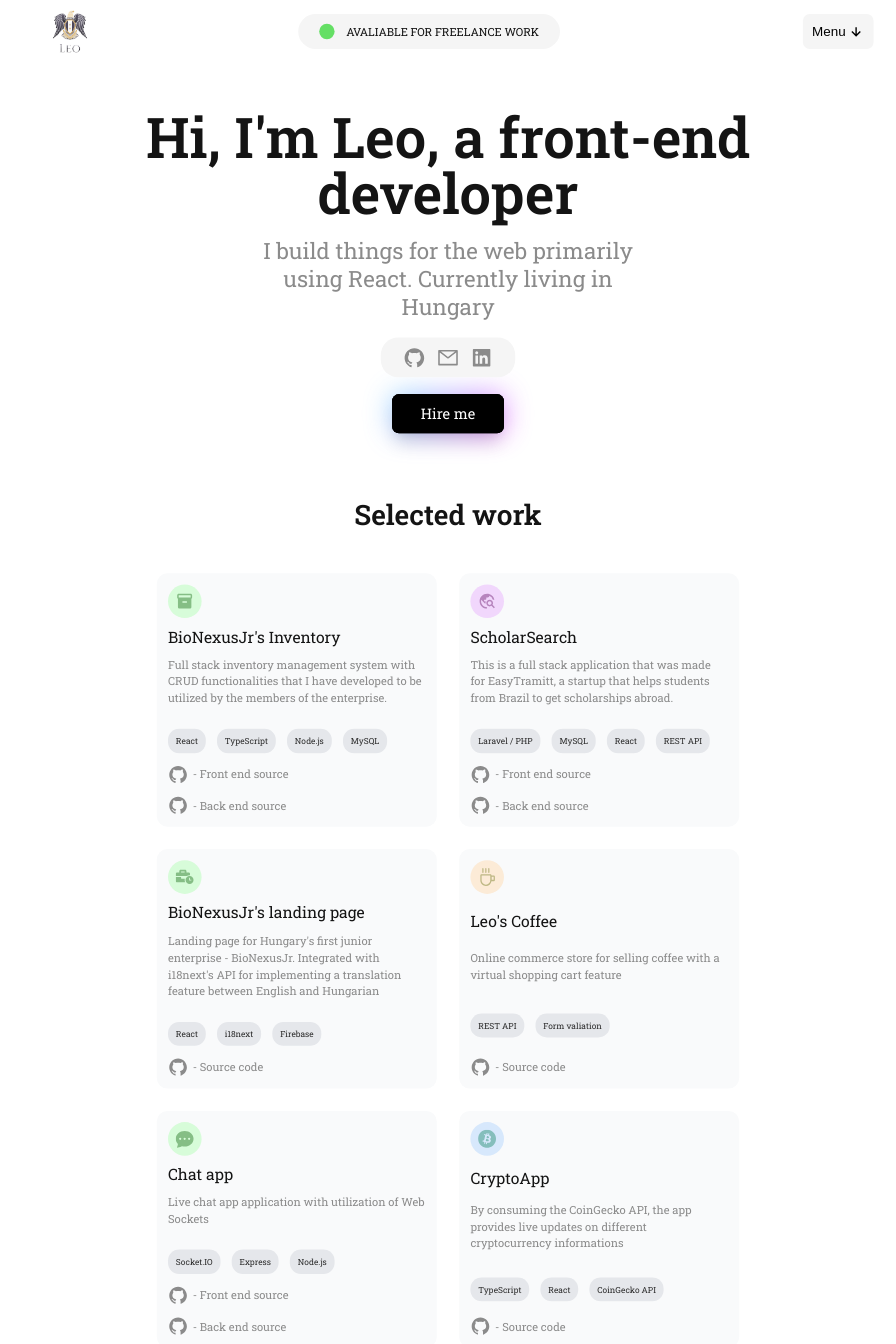
Repository: Leoka2000/portfolio-final
Page: /
An editor plug-in stored every save of this project. The page is shown before and after the next save, followed by the edit.
The browser window is 1280 px wide. The pictures show the part of the page from y = 0 to 1920 px (the page is 3094 px tall before and 3054 px after), at 70% of full size.
The page's requests for data from a server got no answer. Some web fonts or font styles are not loaded; a fallback is used. The project was rebuilt for these pictures with package versions that can differ from the ones it lists, and the page was loaded fresh each time. No one was signed in, and anything a server would have sent is missing. Also part of the build but not shown: src/App.css. Imported but missing from the stored project, and not drawn on this page: src/assets/BioNexus.mp4, src/assets/LeoCV.pdf, src/assets/ScholarSearch.mp4.

Above is the page before, as saved 2023-05-26 03:20:56.

After the next save:
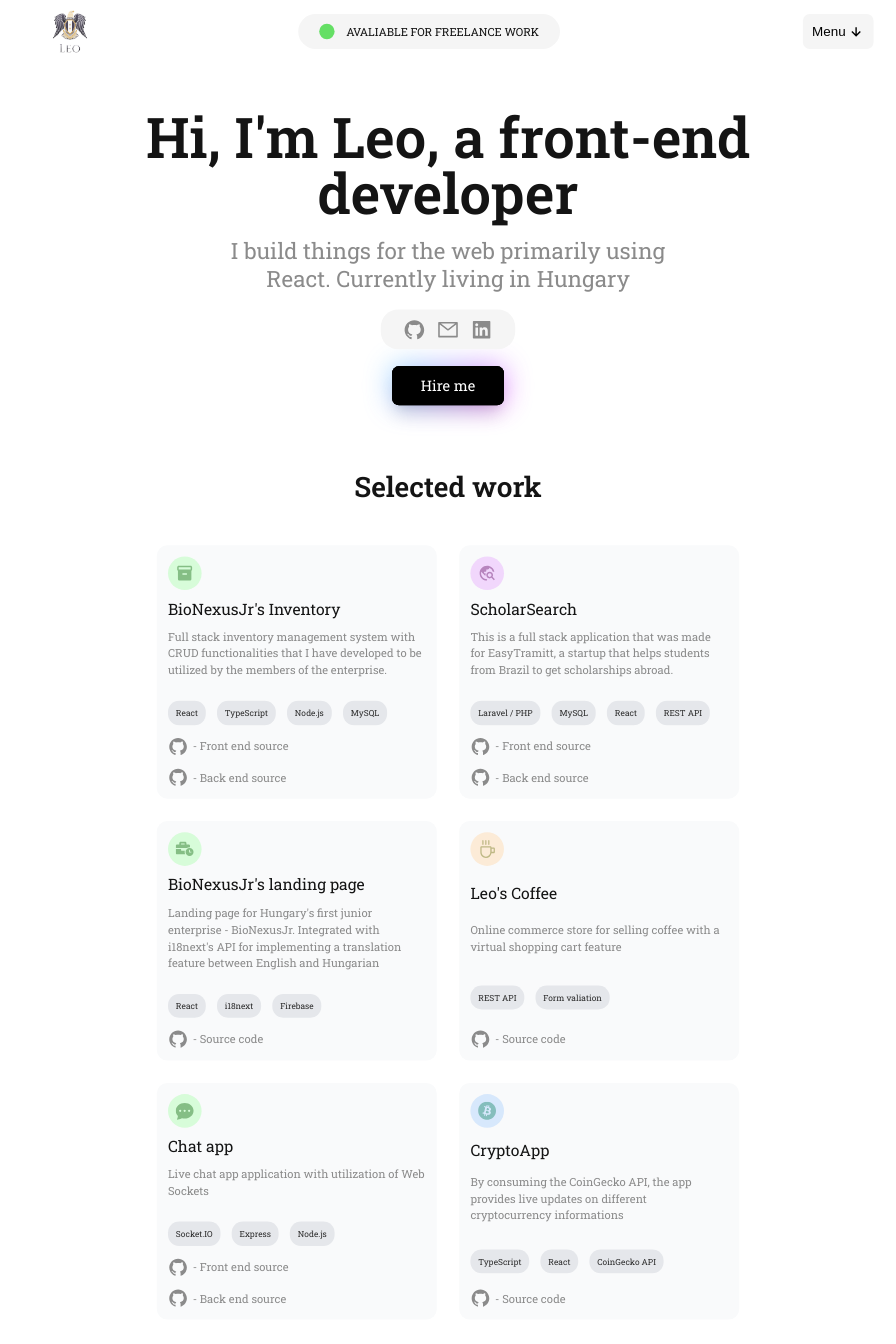
Saved 6 s later.
--- a/src/pages/main/hero/hero.css
+++ b/src/pages/main/hero/hero.css
@@ -15,7 +15,7 @@
     color: var(--p);
     font-size: 2rem;
     line-height: 2.5rem;
-    max-width: 35rem;
+    max-width: 45rem;
 
 }
 .icons-wrapper {
